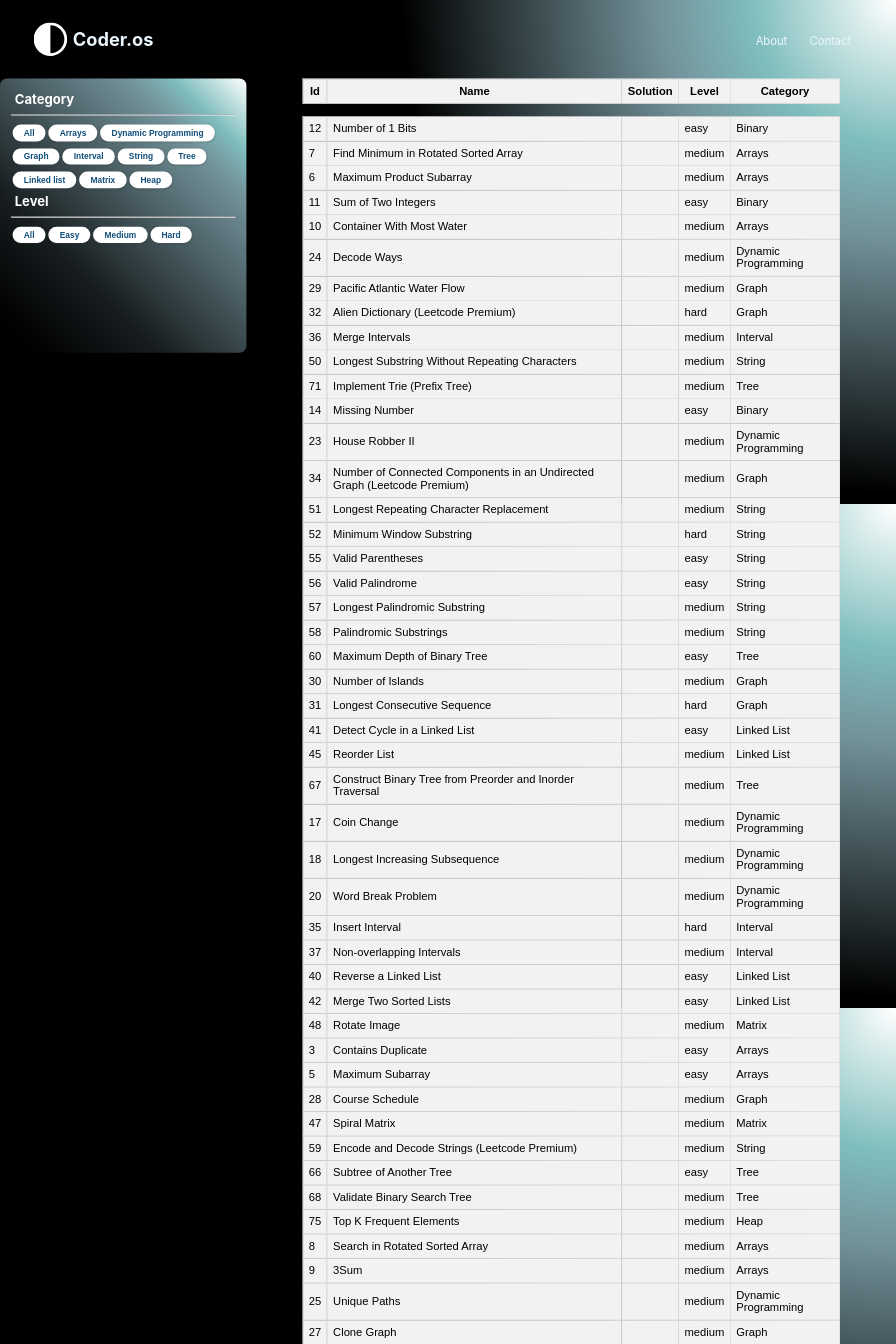
Repository: xoshiraghavx/Coder.os
Page: /mainpage (app in my-app/)
An editor plug-in stored every save of this project. The page is shown before and after a run of saves, followed by the edit.
The browser window is 1280 px wide. The pictures show the part of the page from y = 0 to 1920 px (the page is 3026 px tall), at 70% of full size.
Backgrounds fixed to the window are drawn as part of the page. The project was rebuilt for these pictures with package versions that can differ from the ones it lists, and the page was loaded fresh each time. Also part of the build but not shown: my-app/src/components/Home/Home.css, my-app/src/components/Home/Home.jsx.

Above is the page before, as saved 2022-12-17 14:19:12.

### my-app/public/index.html
<!DOCTYPE html>
<html lang="en">
  <head>
    <meta charset="utf-8" />
    <link rel="icon" href="%PUBLIC_URL%/assests/logo.png" />
    <meta name="viewport" content="width=device-width, initial-scale=1" />
    <meta name="theme-color" content="#000000" />
    <meta
      name="description"
      content="Web site created using create-react-app"
    />
    <link rel="apple-touch-icon" href="%PUBLIC_URL%/logo192.png" />
    <!--
      manifest.json provides metadata used when your web app is installed on a
      user's mobile device or desktop. See https://developers.google.com/web/fundamentals/web-app-manifest/
    -->
    <link rel="manifest" href="%PUBLIC_URL%/manifest.json" />
    <!--
      Notice the use of %PUBLIC_URL% in the tags above.
      It will be replaced with the URL of the `public` folder during the build.
      Only files inside the `public` folder can be referenced from the HTML.

      Unlike "/favicon.ico" or "favicon.ico", "%PUBLIC_URL%/favicon.ico" will
      work correctly both with client-side routing and a non-root public URL.
      Learn how to configure a non-root public URL by running `npm run build`.
    -->
    <title>Coder.os</title>
  </head>
  <body>
    <noscript>You need to enable JavaScript to run this app.</noscript>
    <div id="root"></div>
    <!--
      This HTML file is a template.
      If you open it directly in the browser, you will see an empty page.

      You can add webfonts, meta tags, or analytics to this file.
      The build step will place the bundled scripts into the <body> tag.

      To begin the development, run `npm start` or `yarn start`.
      To create a production bundle, use `npm run build` or `yarn build`.
    -->
  </body>
</html>

### my-app/src/index.js
import React from 'react';
import ReactDOM from 'react-dom/client';
import './index.css';
import App from './App';
import {BrowserRouter as Router} from "react-router-dom";


const root = ReactDOM.createRoot(document.getElementById('root'));
root.render(
  <Router>
  <App />
  </Router>

);

// If you want to start measuring performance in your app, pass a function
// to log results (for example: reportWebVitals(console.log))
// or send to an analytics endpoint. Learn more: https://bit.ly/CRA-vitals

### my-app/src/index.css
body {
  height: 100%;
  padding: 0;
  margin: 0;
  font-family: -apple-system, BlinkMacSystemFont, 'Segoe UI', 'Roboto', 'Oxygen',
    'Ubuntu', 'Cantarell', 'Fira Sans', 'Droid Sans', 'Helvetica Neue',
    sans-serif;
  -webkit-font-smoothing: antialiased;
  -moz-osx-font-smoothing: grayscale;
background: rgb(255,255,255);
background: radial-gradient(circle at top right, rgba(255,255,255,1) 0%, rgba(127,190,189,1) 14%, rgba(115,146,154,1) 23%, rgba(0,0,0,1) 48%);
background-repeat: no-repeat;
height: 100%;
background-attachment: fixed;
/* color: #fff; */
}

code {
  font-family: source-code-pro, Menlo, Monaco, Consolas, 'Courier New',
    monospace;
}

/*
===============
Variables
===============
*/

:root {
  /* dark shades of primary color*/
  --clr-primary-1: hsl(205, 86%, 17%);
  --clr-primary-2: hsl(205, 77%, 27%);
  --clr-primary-3: hsl(205, 72%, 37%);
  --clr-primary-4: hsl(205, 63%, 48%);
  /* primary/main color */
  --clr-primary-5: hsl(205, 78%, 60%);
  /* lighter shades of primary color */
  --clr-primary-6: hsl(205, 89%, 70%);
  --clr-primary-7: hsl(205, 90%, 76%);
  --clr-primary-8: hsl(205, 86%, 81%);
  --clr-primary-9: hsl(205, 90%, 88%);
  --clr-primary-10: hsl(205, 100%, 96%);
  /* darkest grey - used for headings */
  --clr-grey-1: hsl(209, 61%, 16%);
  --clr-grey-2: hsl(211, 39%, 23%);
  --clr-grey-3: hsl(209, 34%, 30%);
  --clr-grey-4: hsl(209, 28%, 39%);
  /* grey used for paragraphs */
  --clr-grey-5: hsl(210, 22%, 49%);
  --clr-grey-6: hsl(209, 23%, 60%);
  --clr-grey-7: hsl(211, 27%, 70%);
  --clr-grey-8: hsl(210, 31%, 80%);
  --clr-grey-9: hsl(212, 33%, 89%);
  --clr-grey-10: hsl(210, 36%, 96%);
  --clr-white: #fff;
  --clr-red-dark: hsl(360, 67%, 44%);
  --clr-red-light: hsl(360, 71%, 66%);
  --clr-green-dark: hsl(125, 67%, 44%);
  --clr-green-light: hsl(125, 71%, 66%);
  --clr-black: #222;
  --ff-primary: "Roboto", sans-serif;
  --ff-secondary: "Open Sans", sans-serif;
  --transition: all 0.3s linear;
  --spacing: 0.1rem;
  --radius: 0.25rem;
  --light-shadow: 0 5px 15px rgba(0, 0, 0, 0.1);
  --dark-shadow: 0 5px 15px rgba(0, 0, 0, 0.2);
  --max-width: 1170px;
  --fixed-width: 620px;
}
h1{
  color: var(--clr-primary-10);
}

### my-app/src/App.jsx
import React from "react";
import Home from "./components/Home/Home";
import MainPage from "./components/MainPage/MainPage";
import {Routes, Route} from "react-router-dom";

function App() {
  return (

     <Routes>
        <Route path="/" element={<Home />} />
          <Route path="/mainpage" element={<MainPage />} />
      </Routes>
  );
}

export default App;

### my-app/src/components/MainPage/MainPage.jsx
import "./MainPage.css";
import FilterSection from "./FilterSection";
import QuestionBank from "./QuestionBank";
import NavBar from "../NavBar/Navbar";

function MainPage() {
  return (
    <div>
      <NavBar />
      <div className="main-section">
        <FilterSection />
        <QuestionBank />
      </div>
    </div>
  );
}

export default MainPage;

### my-app/src/components/NavBar/Navbar.jsx
import "./NavBar.css";

function NavBar() {
  return (
    <div className="navbar">
      <div className="navbar-wrapper">
        <div className="navbar-logo">
          <img src="assests/code-simple.svg" alt="" />
          <div className="nav-bar-logo__name">Coder.os</div>
        </div>
        <div className="navbar-list">
          <ul>
            <li>
              <a>About</a>
            </li>
            <li>
              <a>Contact</a>
            </li>
          </ul>
        </div>
      </div>
    </div>
  );
}

export default NavBar;

### my-app/src/components/MainPage/MainPage.css

.main-section {
  display: flex;
  flex-direction: row;
}
@media only screen and (max-width: 1100px){
  .main-section{
      display: flex;
     flex-direction: column;
  }
}

### my-app/src/components/MainPage/FilterSection.jsx
import React from "react";
import "./FilterSection.css";

function FilterSection() {
  const Button = [
    {
      Name: "All",
    },
    {
      Name: "Arrays",
    },
    {
      Name: "Dynamic Programming",
    },
    {
      Name: "Graph",
    },
    {
      Name: "Interval",
    },
    {
      Name: "String",
    },
    {
      Name: "Tree",
    },
    {
      Name: "Linked list",
    },
    {
      Name: "Matrix",
    },
    {
      Name: "Heap",
    },
  ];
  const Level = [
    {
      Name: 'All',
    },
    {
      Name: 'Easy',
    },
    {
      Name: 'Medium',
    },
    {
      Name: 'Hard',
    }
  ]
  return (
    <div>
      <div className="filter-section">
        <div className="category">
          <div className="category-heading">
            <h3 className="title">Category</h3>
            <hr />
          </div>
          <div className="category-buttons">
          {Button.map((button) => (
            <button className="buttons">{button.Name}</button>
          ))}
          </div>
        </div>

        <div className="level">
          <div className="level-heading">
            <h3 className="title">Level</h3>
            <hr />
          </div>
        </div>
        <div className="level-buttons">
          {
            Level.map((level)=>(
              <button className="buttons">{level.Name}</button>
            ))
          }

        </div>
      </div>
    </div>
  );
}

export default FilterSection;

### my-app/src/components/MainPage/QuestionBank.jsx
import React from "react";
import "./QuestionBank.css";
import Questions from "../../assests/updated.json";


function QuestionBank() {
  const img =() =>{
    return
  }
  return (
    <div>
      <div className="ques-section">
        <table id="customer">
          <tr>
            <th>Id</th>
            <th>Name</th>
            <th>Solution</th>
            <th>Level</th>
            <th>Category</th>
          </tr>
          <br />
          {Questions.map((question) => (
            <>
              <tr>
                <td>{question.Id}</td>
                <td className="name">{question.Name}</td>
                <td>{img}</td>
                <td>{question.Level}</td>
                <td>{question.Category}</td>
              </tr>
            </>
          ))}
        </table>
      </div>
    </div>
  );
}

export default QuestionBank;

### my-app/src/components/NavBar/NavBar.css
.navbar-wrapper{
    height: auto;
    display: flex;
    flex-direction: row;
    padding: 2rem 3rem;
}
.navbar-logo img{
    height: 3rem;
}
.navbar-logo{
    display: flex;
    flex-direction: row;
    color: var(--clr-primary-10);
}
.nav-bar-logo__name{
    margin: 0.5rem;
    font-weight: bold;
    font-size: 26px;
}
.navbar-list ul{
    list-style-type: none;
    display: flex;
    flex-direction: row;
    margin: 0;
    padding: 0rem 3rem;
}
.navbar-list li a{
    padding: 0.5rem ;
    margin: 0.5rem;
    color: var(--clr-primary-10);
}
.navbar-list{
    position: absolute;
    right: 0;
    margin-top: 1rem;
}
.navbar-list li :hover{
    color: var(--clr-primary-1);
    cursor: pointer;
    font-size: large;
}
@media only screen and (max-width: 600px){
    .navbar-list ul{
        padding: 0rem;
    }
    .navbar-logo img{
        height: 2.5rem;
    }
   .nav-bar-logo__name{
        font-size: 20px;
    }
}

### my-app/src/components/MainPage/FilterSection.css
.filter-section {
  background: rgb(255, 255, 255);
  background: linear-gradient(
    225deg,
    rgba(255, 255, 255, 1) 0%,
    rgba(173, 213, 213, 1) 9%,
    rgba(136, 195, 194, 1) 13%,
    rgba(127, 190, 189, 1) 14%,
    rgba(115, 146, 154, 1) 23%,
    rgba(23, 29, 31, 1) 69%,
    rgba(0, 0, 0, 1) 93%
  );
  width: 20rem;
  height: 50vh;
  border-radius: 10px;
  border-color: white;
  padding: 1rem;
}
.buttons {
  background-color: white;
  padding: 0.3rem 1rem;
  border-radius: 100px;
  font-size: 12px;
  color: var(--clr-primary-2);
  font-weight: bold;
  margin: 5px 2px;
  box-shadow: rgba(60, 64, 67, 0.3) 0px 1px 2px 0px,
    rgba(60, 64, 67, 0.15) 0px 1px 3px 1px;
  border: none;
}
h3 {
  color: #ffffff;
}
.title {
  margin: auto;
  padding: 2px 5px;
}
.buttons:hover {
  cursor: pointer;
}
@media only screen and (max-width: 1100px){
  .filter-section{
    width: 80%;
    height: 20vh;
  }
}

### my-app/src/components/MainPage/QuestionBank.css
.ques-section{
    position: absolute;
    right: 0;
    margin-right: 5rem;
    width: 60%;
}
th, td {
    padding: 0.5rem;
    border: 1px solid #ddd;
    padding: 8px;
}
th
.name:hover{
    cursor: pointer;
    text-decoration: underline;
}
table{
    width: 100%;
    font-family: Arial, Helvetica, sans-serif;
    border-collapse: collapse;
}
 table tr:nth-child(even){background-color: #f2f2f2;}
 table tr:nth-child(odd){background-color: #f2f2f2;}

table tr:hover {background-color: #ddd;}

.ques-bar{
   display: flex;
  flex-direction: row;
  font-weight: bold;
  justify-content: space-between;
  background: #ffffff;
  padding: 1rem;
  border-radius: 20px;
}
.ques-bank{
    margin-top: 1rem;
    background: #ffffff;
    padding: 1rem;
    font-weight: bold;
    border-radius: 20px;
}
.ques{
    display: flex;
    flex-direction: row;
    justify-content: space-between;
}
@media only screen and (max-width: 1100px){
    .ques-section{
        position: absolute;
        left: 0;
        top: 23rem;
        width: 80%;
        margin-left: 2rem;
    }
}

Loaded but not shown: my-app/src/assests/updated.json (677 lines, source omitted)

After the next 2 saves:
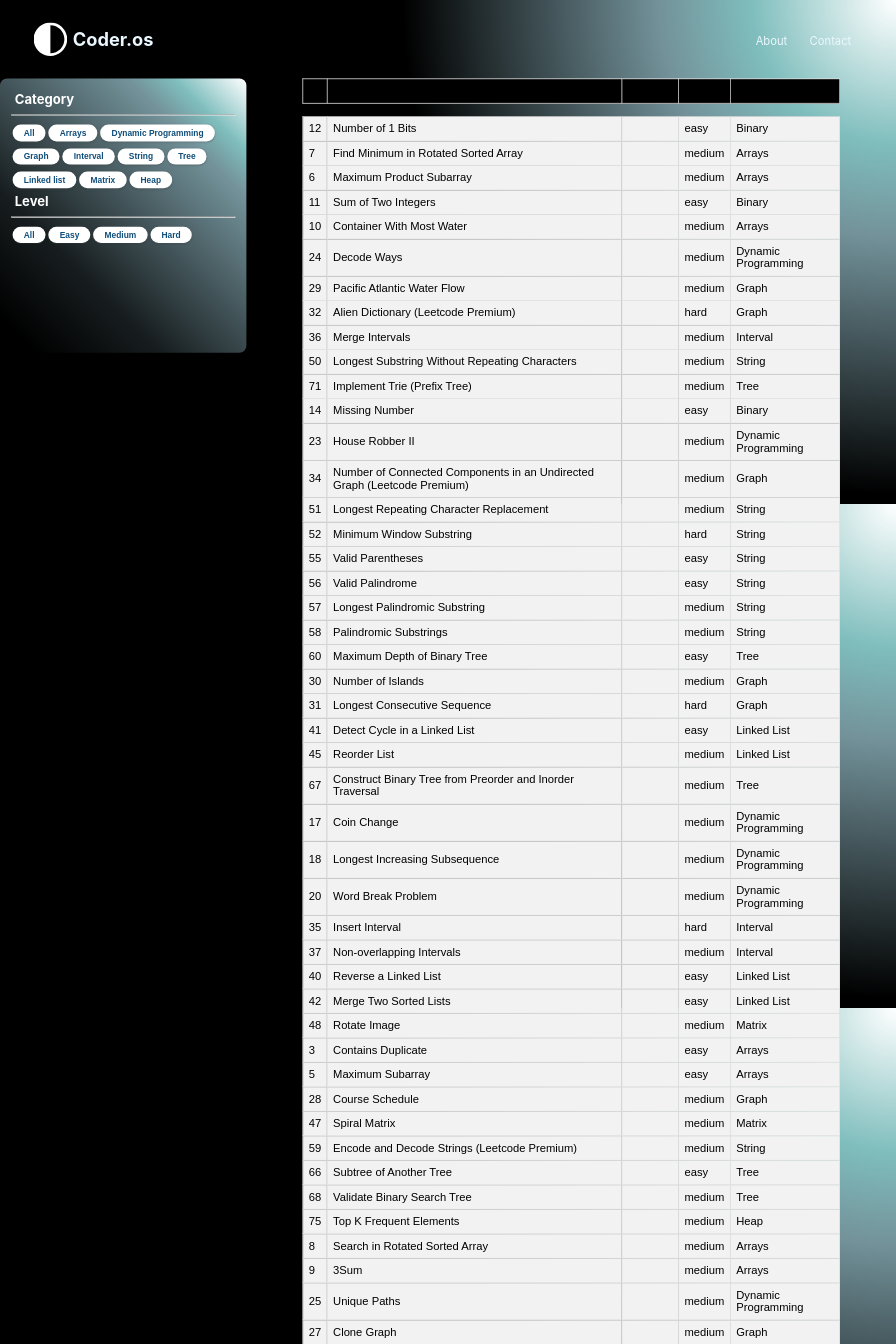
The 2 saves are shown as one change because they came seconds apart.
The last was saved 7 s later.
--- a/my-app/src/components/MainPage/QuestionBank.css
+++ b/my-app/src/components/MainPage/QuestionBank.css
@@ -9,7 +9,9 @@ th, td {
     border: 1px solid #ddd;
     padding: 8px;
 }
-th
+th{
+    background: #000;
+}
 .name:hover{
     cursor: pointer;
     text-decoration: underline;
